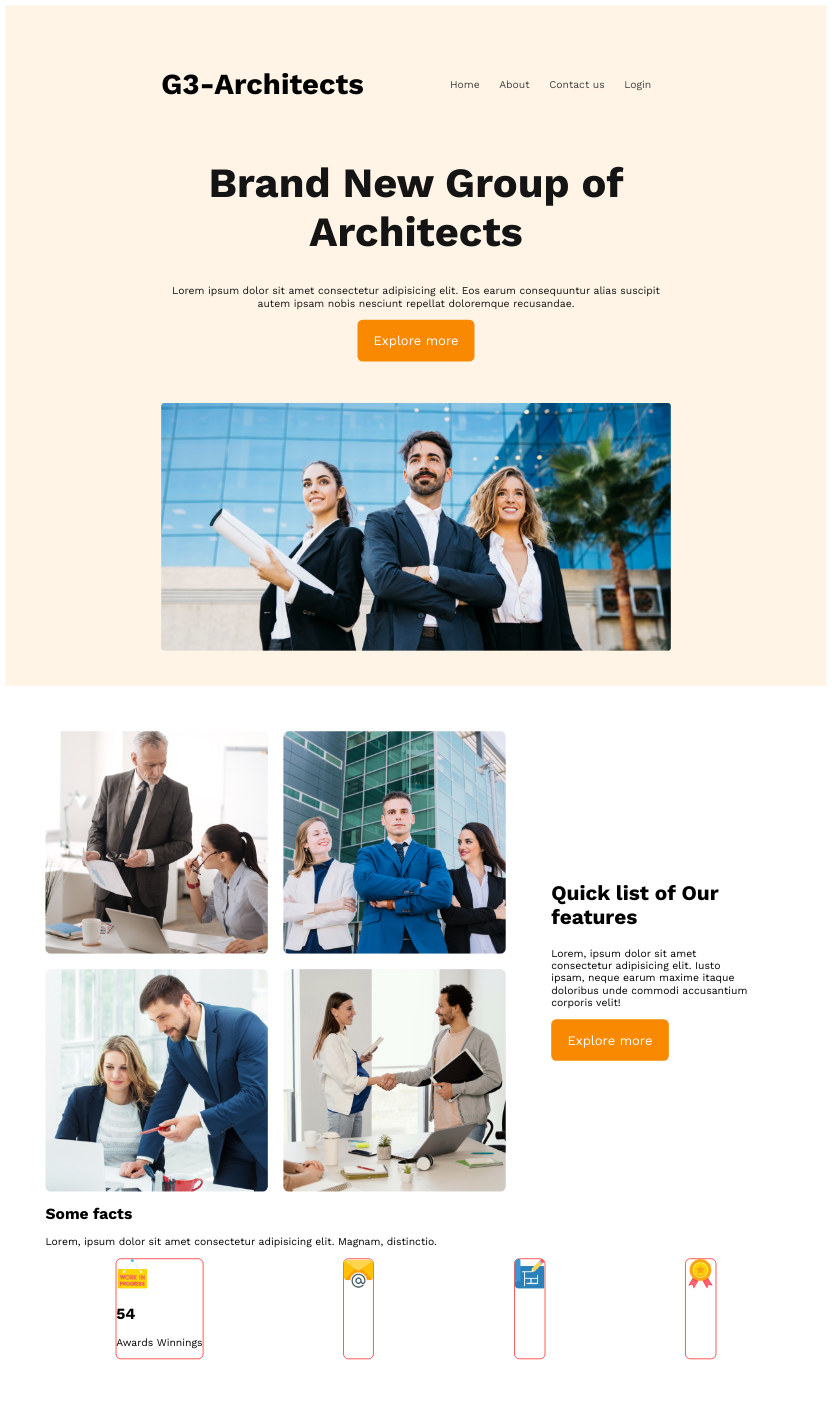
Repository: RudrasahaDibos/architects-resources
Page: index.html
The author's editor kept a copy of each file at every save. The page is drawn from the files as they stood at one save, then again after a run of saves.
The browser window is 1280 px wide. The pictures show the whole page, at 65% of full size.

Above is the page before, as saved 2024-10-06 22:10:27.

### index.html
<!DOCTYPE html>
<html lang="en">
<head>
    <meta charset="UTF-8">
    <meta name="viewport" content="width=device-width, initial-scale=1.0">
    <link rel="stylesheet" href="index.css">
    <title>Responsive web side</title>
</head>
<body>
       <header>
              <nav>
                <h3 class="nav-title">G3-Architects</h3>
              <ul>
                 <li><a href="">Home</a></li>
                 <li><a href="">About</a></li>
                 <li><a href="">Contact us</a></li>
                 <li><a href="">Login</a></li>
              </ul>
              </nav>
             <div class="banner">
                <div class="banner-content">
                     <h1 class="banner-title">Brand New Group of Architects</h1>
                     <p class="banner-discription">Lorem ipsum dolor sit amet consectetur adipisicing elit. Eos earum consequuntur alias suscipit autem ipsam nobis nesciunt repellat doloremque recusandae.</p>
                     <button class="btn-banner">Explore more</button>
                </div>
                 <img src="images/banner.png" alt="">
             </div>

       </header>
       <main>
                <section class="team-container">
                        <div class="team-container-img">
                            <img src="images/team1.png" alt="">
                            <img src="images/team2.png" alt="">
                            <img src="images/team3.png" alt="">
                            <img src="images/team4.png" alt="">
                        </div>
                        <div class="team-content">
                             <h1 class="team-title">Quick list of Our features</h1>
                             <p class="team-discription">Lorem, ipsum dolor sit amet consectetur adipisicing elit. Iusto ipsam, neque earum maxime itaque doloribus unde commodi accusantium corporis velit!</p>
                             <button class="btn-banner">Explore more</button>
                            </div>

                </section>
                <!-- features -->
                 <section>

                 </section>
                 <!-- some -->
                  <section class="some-container">
                         <h1 class="some-title">Some facts</h1>
                    <p class="some-discription">Lorem, ipsum dolor sit amet consectetur
                      adipisicing elit. Magnam, distinctio.</p>
                   <div class="fact-card-container">
                          <div class="card">
                            <img src="/images/icons/customers.png" alt="">
                            <h2 class="card-start">54</h2>
                            <p class="card-title">Awards Winnings</p>
                          </div>
                          <div class="card">
                            <img src="/images/icons/email.png" alt="">
                            <h2 class="card-start"></h2>
                            <p class="card-title"></p>
                          </div>
                          <div class="card">
                            <img src="/images/icons/projects.png" alt="">
                            <h2 class="card-start"></h2>
                            <p class="card-title"></p>
                          </div>
                          <div class="card">
                            <img src="/images/icons/ribon.png" alt="">
                            <h2 class="card-start"></h2>
                            <p class="card-title"></p>
                          </div>
                  </div>
                  </section>
       </main>
       <footer>

       </footer>
</body>
</html>

### index.css
@import url('https://fonts.googleapis.com/css2?family=Work+Sans:ital,wght@0,100..900;1,100..900&display=swap');
/* shared section
 */
*{
    font-family: "Lato", sans-serif;
    font-family: "Open Sans", sans-serif;
    font-family: "Work sans", sans-serif;


}
.btn-banner{
    background-color: rgb(248, 137, 0);
    border-radius: 8px;
    font-size: 20px;
    padding: 20px 25px;
    color: #fff;
    border: 0;

}

/* header section */
header{
    background-color: rgba(255,144,14,0.10);
    padding: 50px 240px;

}
.nav-title{
    font-size: 2.8rem;
    font-weight: 700px;
}
nav{
    display: flex;
    justify-content: space-between;
    align-items: center;
}
nav >ul{
    display: flex;
}
nav li{
    list-style: none;
    margin-right: 30px;
    font-weight: 500px;
    font-size: 1rem;
}
 nav li a{
    text-decoration: none;
    color: #424242;
 }

 /* banner style */

 .banner-content{
    max-width: 800px;
    text-align: center;
    margin: 0 auto;
 }
 .banner-title{
    font-size: 4rem;
    font-weight: 700;
    color: #141414;
 }
 .banner-discription{
    color: #141414;
 }
 .banner img{
    margin-top: 4rem;
    width: 100%;
 }






 /* main  */

 main{
    max-width: 1140px;
    margin: 70px auto;

 }
 .team-container{
    display: flex;
    align-items: center;
 }
 .team-container-img{
    display: grid;
    grid-template-columns: repeat(2,1fr);
    gap: 1.5rem;
 }
 .team-content{
    margin-right: 60px  ;
    margin-left: 70px;
 }
 .team-title{
    font-size: 2.0rem;
 }

 /* some */
 .fact-card-container{
    display: flex;
    justify-content: space-around;
 }
 .fact-card-container .card{
      border-radius: 8px;
      border: 1px solid red;
 }


 /* media Quary */
 @media screen and (max-width: 576px) {
    header{
        padding: 20px;
    }
    nav, .team-container{
        flex-direction: column;
    }
    .team-container-img{
        grid-template-columns: repeat(1,1fr);
    }

 }

 @media screen and (min-width: 576px) and (max-width: 960px) {
    header{
        padding: 50px;
    }
    nav,.team-container{
        flex-direction: column;
    }
    .team-container-img{
        grid-template-columns: repeat(1,1fr);
    }
 }

After the next 2 saves:
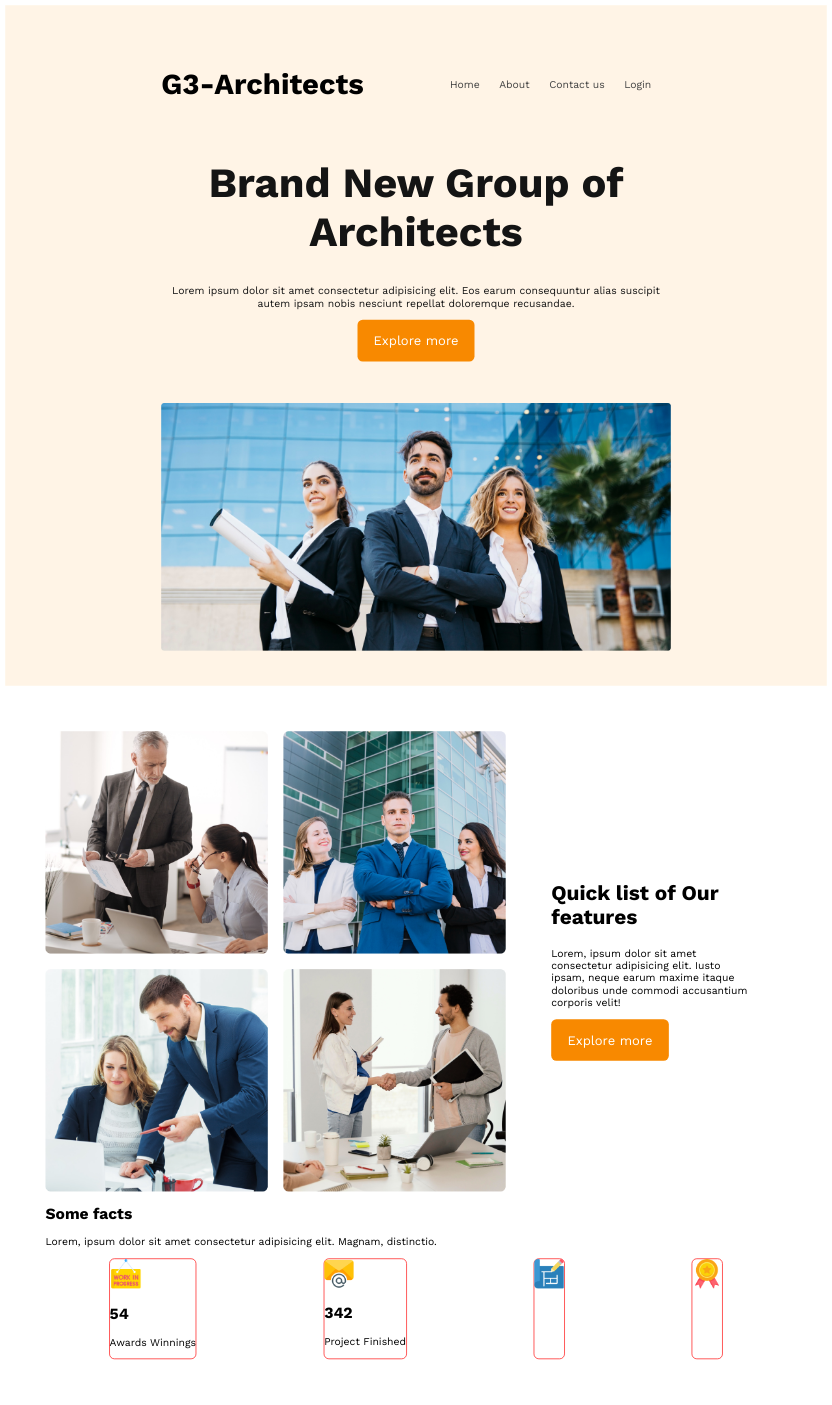
The 2 saves are shown as one change because they came seconds apart.
The last was saved 21 s later.
--- a/index.html
+++ b/index.html
@@ -59,8 +59,8 @@
                           </div>
                           <div class="card">
                             <img src="/images/icons/email.png" alt="">
-                            <h2 class="card-start"></h2>
-                            <p class="card-title"></p>
+                            <h2 class="card-start">342</h2>
+                            <p class="card-title">Project Finished</p>
                           </div>
                           <div class="card">
                             <img src="/images/icons/projects.png" alt="">
